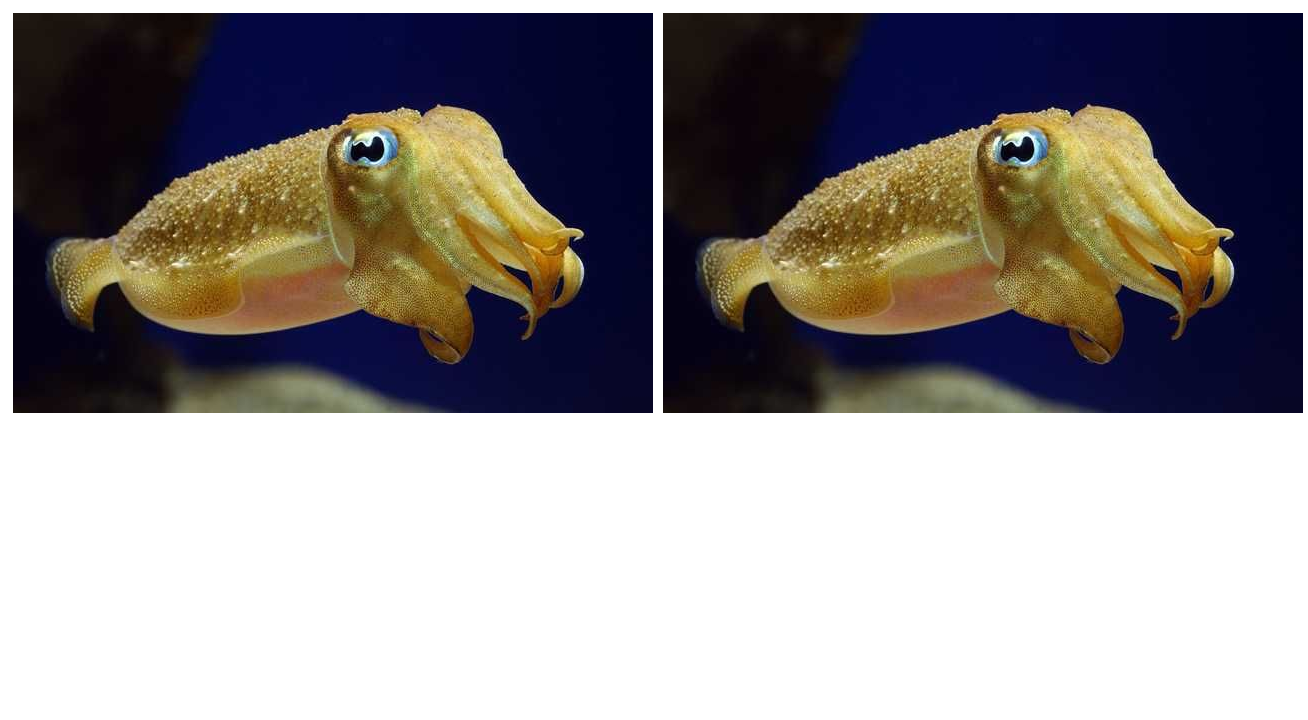
Repository: neomort/comm-lab-vid-site
Page: index.html
An editor plug-in stored every save of this project. The page is shown before and after the next save, followed by the edit.
The browser window is 1280 px wide. The page is 1308 px wide, then 1280 px, so the pictures cover 1308 px, including what lies to the right of the window. The pictures show the whole page.

Above is the page before, as saved 2021-09-12 21:01:00.

### index.html
<!DOCTYPE html>

<head>
<title>The String: 30 second film festival home</title>
<link rel="icon" href="images/chicken.png"/>

<style>


  .row {
    display: flex;
  }

  /* Create three equal columns that sits next to each other */
  .column {
    flex: 50%;
    padding: 5px;
  }
  </style>
</head>

<body>
  <div class="bg-2">
    <div class="default-margin">
      <div class="row">
        <div class="column">
          <a class="image-1" href="https://www.youtube.com/watch?v=O3Jf4U1E7Jc"><img src="images/cuddle.jpg" /></a>

        </div>
        <div class="column">
          <a class="image-1" href="https://www.youtube.com/watch?v=O3Jf4U1E7Jc"><img src="images/cuddle.jpg" /></a>
        </div>
      </div>


    </div>

</div>
</body>

After the next save:
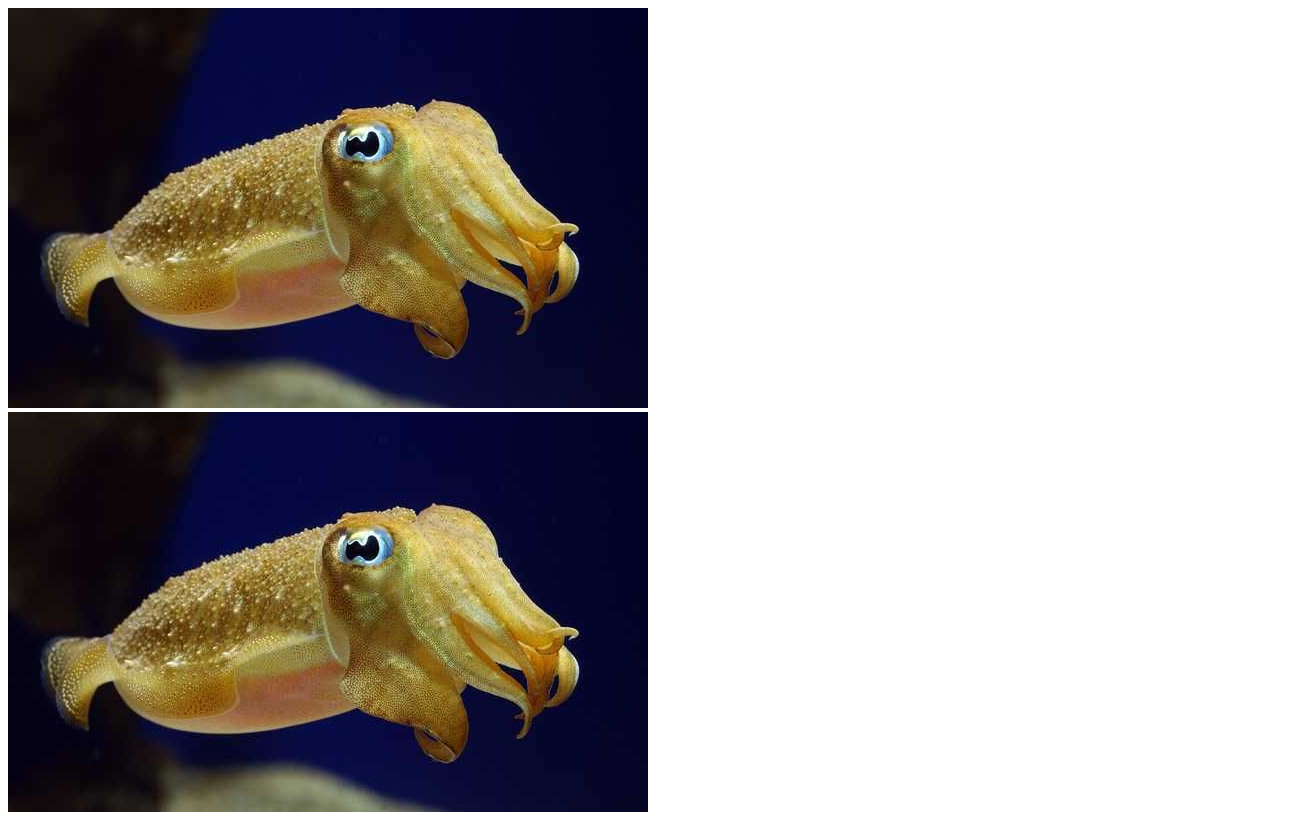
Saved 34 s later.
--- a/index.html
+++ b/index.html
@@ -4,19 +4,6 @@
 <title>The String: 30 second film festival home</title>
 <link rel="icon" href="images/chicken.png"/>
 
-<style>
-
-
-  .row {
-    display: flex;
-  }
-
-  /* Create three equal columns that sits next to each other */
-  .column {
-    flex: 50%;
-    padding: 5px;
-  }
-  </style>
 </head>
 
 <body>
